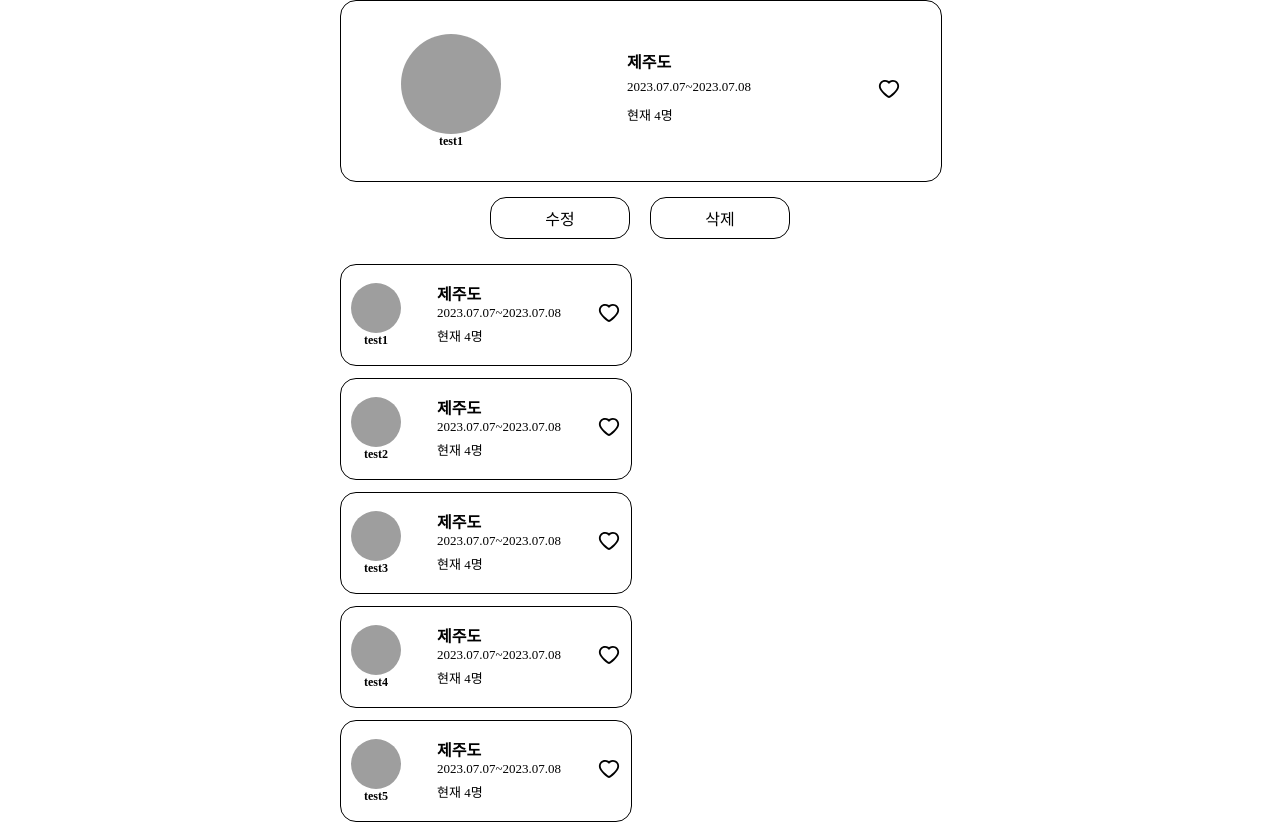
Repository: the-graces/matrip-web
Page: /tripSchedule (app in matrip/)
An editor plug-in stored every save of this project. The page is shown before and after a run of saves, followed by the edit.
The browser window is 1280 px wide. The pictures show the whole page.
Pictures or frames that could not be fetched are drawn as grey boxes. The project was rebuilt for these pictures with package versions that can differ from the ones it lists, and the page was loaded fresh each time. Also part of the build but not shown: matrip/src/pages/Main/mainStyle.tsx, matrip/src/pages/Main/Post.tsx, matrip/src/pages/Main/index.tsx, matrip/src/pages/FriendSearch/friendSearchStyle.tsx, matrip/src/data/userdata.ts, matrip/src/pages/FriendSearch/index.tsx, matrip/src/pages/ItineraryInfo/index.scss, matrip/src/pages/ItineraryInfo/itineraryInfoStyle.tsx and 4 more.

Above is the page before, as saved 2023-07-09 13:39:00.

### matrip/src/App.tsx
import React from "react";
import { BrowserRouter, Route, Routes } from "react-router-dom";
import Main from "./pages/Main";

import FriendSearch from "./pages/FriendSearch";
import ItineraryInfo from "./pages/ItineraryInfo";
import UserProfile from "./pages/UserProfile";

import GlobalFonts from "./styles/fonts";
import TripSchedule from "./pages/TripSchedule";

function App() {
   return (
      <BrowserRouter>
         <GlobalFonts />
         <Routes>
            <Route
               path="/"
               element={<Main />}
            />
            <Route
               path="/friendSearch"
               element={<FriendSearch />}
            />
            <Route
               path="/itineraryInfo"
               element={<ItineraryInfo />}
            />
            <Route
               path="/userProfile"
               element={<UserProfile />}
            />
            <Route
               path="/tripSchedule"
               element={<TripSchedule />}
            />
         </Routes>
      </BrowserRouter>
   );
}

export default App;

### matrip/src/styles/fonts/index.js
import { createGlobalStyle } from "styled-components";
import Prentendard from "./Pretendard-Regular.woff2";

export default createGlobalStyle`
@font-face {
    font-family: "Prentendard";
    src: url(${Prentendard}) fromat("woff2");
}`;

### matrip/src/pages/TripSchedule/index.tsx
import React from "react";
import "./index.scss";

import * as iss from "./TripScheduleStyle";
import * as gs from "../../styles/GlobalStyles";
import "./index.scss";
import { fdata } from "../../data/userdata";
import { postdata } from "../../data/postdata";
import { AiOutlineHeart } from "react-icons/ai";
import UserList from "./UserList";

const TripSchedule: React.FC = () => {
  const post = postdata[0];

  return (
    <gs.MainContainer>
      <iss.MainContainer>
        <iss.postBox key={post.id}>
          <iss.profileBox to={"/userProfile"}>
            <iss.profileImgBox>
              <iss.profileImg src={post.imgurl} alt="유저 프로필" />
            </iss.profileImgBox>
            <iss.Nickname>{post.nick}</iss.Nickname>
          </iss.profileBox>
          <iss.postContent to={"/itineraryInfo"}>
            <iss.postTitle>{post.destination}</iss.postTitle>
            <iss.postPeriod>
              {post.startDate}~{post.endData}
            </iss.postPeriod>
            <iss.postPeriod>현재 {post.personnel}명</iss.postPeriod>
          </iss.postContent>
          <div>
            <iss.LikeBtn>
              <AiOutlineHeart size="24" />
            </iss.LikeBtn>
          </div>
        </iss.postBox>

        <iss.TripSchedulePostButton>
          <iss.TripSchedulePostButtonL>수정</iss.TripSchedulePostButtonL>
          <iss.TripSchedulePostButtonR>삭제</iss.TripSchedulePostButtonR>
        </iss.TripSchedulePostButton>

        <UserList/>
      </iss.MainContainer>
    </gs.MainContainer>
  );
};

export default TripSchedule;

### matrip/src/styles/GlobalStyles.tsx
import { styled } from "styled-components";

// 전체 화면 컨테이너
export const MainContainer = styled.div`
   width: 100%;
   display: flex;
   justify-content: center;
   font-family: Pretendard;
`;

// 그 안에 들어갈 내용을 감싸는 컨테이너
export const MainBox = styled.div`
   max-width: 600px;
   width: 100%;
   display: flex;
   flex-direction: column;
   align-items: center;

   @media screen and (min-width: 600px) {
      width: 600px;
   }
`;

### matrip/src/pages/TripSchedule/TripScheduleStyle.tsx
import { Link } from "react-router-dom";
import { styled } from "styled-components";

export const MainContainer = styled.div`
  max-width: 600px;
  width: 100%;

  @media screen and (min-width: 600px) {
    width: 600px;
  }
`;

export const postBox = styled.div`
  width: 100%;
  height: 180px;
  display: flex;
  align-items: center;
  justify-content: space-between;
  border: solid #000 1px;
  border-radius: 16px;
`;

export const profileBox = styled(Link)`
  padding: 0 10px;
  display: flex;
  flex-direction: column;
  align-items: center;
  color: #000;
  text-decoration: none;
  margin-left: 50px;
`;
export const profileImgBox = styled.div`
  width: 100px;
  height: 100px;
`;

export const profileImg = styled.img`
  width: 100%;
  height: 100%;
  object-fit: cover;
  border-radius: 50%;
`;

export const Nickname = styled.h4`
  font-size: 12px;
  font-weight: 600;
  margin: 0;
`;

export const postContent = styled(Link)`
  color: #000;
  text-decoration: none;
`;

export const postTitle = styled.div`
  font-size: 16px;
  font-weight: 800;
  margin-bottom: 6px;
`;

export const postPeriod = styled.div`
  font-size: 13px;
  margin-bottom: 10px;
`;

export const LikeBtn = styled.button`
  border: none;
  background: none;
  cursor: pointer;
  padding: 0 10px;
  margin-right: 30px;
`;

export const TripSchedulePostButton = styled.div`
  width: 50%;
  display: flex;
  border-radius: 40px;
  margin: auto;
  margin-top: 15px;
  gap: 20px;
  margin-bottom: 25px;
`;

export const TripSchedulePostButtonL = styled.div`
  width: 100%;
  height: 40px;
  display: flex;
  align-items: center;
  justify-content: space-between;
  border: solid #000 1px;
  border-radius: 16px;
  justify-content: center;
`;

export const TripSchedulePostButtonR = styled.div`
  width: 100%;
  height: 40px;
  display: flex;
  align-items: center;
  justify-content: space-between;
  border: solid #000 1px;
  border-radius: 16px;
  justify-content: center;
`;

export const userList = styled.div`

`;

export const userListPostBox = styled.div`
  width: calc((100% - 20px) / 2);
  height: 100px;
  display: flex;
  align-items: center;
  justify-content: space-between;
  border: solid #000 1px;
  border-radius: 16px;
  margin-bottom: 12px;
`;

export const userListProfileBox = styled(Link)`
  padding: 0 10px;
  display: flex;
  flex-direction: column;
  align-items: center;
  color: #000;
  text-decoration: none;
`;

export const userListProfileImgBox = styled.div`
  width: 50px;
  height: 50px;
`;

export const userListProfileImg = styled.img`
  width: 100%;
  height: 100%;
  object-fit: cover;
  border-radius: 50%;
`;

export const userListNickname = styled.h4`
  font-size: 12px;
  font-weight: 600;
  margin: 0;
`;

export const userListPostContent = styled(Link)`
  color: #000;
  text-decoration: none;
`;

export const userListPostTitle = styled.div`
  font-size: 16px;
  font-weight: 800;
`;

export const userListPostPeriod = styled.div`
  font-size: 13px;
  margin-bottom: 5px;
`;

export const userListPLikeBtn = styled.button`
  border: none;
  background: none;
  cursor: pointer;
  padding: 0 10px;
`;

### matrip/src/data/postdata.ts
export const postdata = [
  {
    id: "1",
    nick: "test1",
    imgurl:
      "https://img2.daumcdn.net/thumb/R658x0.q70/?fname=https://t1.daumcdn.net/news/202302/21/spotvnews/20230221133133423kfxy.jpg",
    destination: "제주도",
    startDate: "2023.07.07",
    endData: "2023.07.08",
    personnel: 4,
  },
  {
    id: "2",
    nick: "test2",
    imgurl:
      "https://img2.daumcdn.net/thumb/R658x0.q70/?fname=https://t1.daumcdn.net/news/202302/21/spotvnews/20230221133133423kfxy.jpg",
    destination: "제주도",
    startDate: "2023.07.07",
    endData: "2023.07.08",
    personnel: 4,
  },
  {
    id: "3",
    nick: "test3",
    imgurl:
      "https://img2.daumcdn.net/thumb/R658x0.q70/?fname=https://t1.daumcdn.net/news/202302/21/spotvnews/20230221133133423kfxy.jpg",
    destination: "제주도",
    startDate: "2023.07.07",
    endData: "2023.07.08",
    personnel: 4,
  },
  {
    id: "4",
    nick: "test4",
    imgurl:
      "https://img2.daumcdn.net/thumb/R658x0.q70/?fname=https://t1.daumcdn.net/news/202302/21/spotvnews/20230221133133423kfxy.jpg",
    destination: "제주도",
    startDate: "2023.07.07",
    endData: "2023.07.08",
    personnel: 4,
  },
  {
    id: "5",
    nick: "test5",
    imgurl:
      "https://img2.daumcdn.net/thumb/R658x0.q70/?fname=https://t1.daumcdn.net/news/202302/21/spotvnews/20230221133133423kfxy.jpg",
    destination: "제주도",
    startDate: "2023.07.07",
    endData: "2023.07.08",
    personnel: 4,
  },
];

### matrip/src/pages/TripSchedule/UserList.tsx
import React from "react";
import "./index.scss";

import * as iss from "./TripScheduleStyle";
import "./index.scss";
import { fdata } from "../../data/userdata";
import { AiOutlineHeart } from "react-icons/ai";
import { postdata } from "../../data/postdata";

const UserList: React.FC = () => {
  return (
    <iss.userList>
      {postdata.map((post) => (
        <iss.userListPostBox key={post.id}>
          <iss.userListProfileBox to={"/userProfile"}>
            <iss.userListProfileImgBox>
              <iss.userListProfileImg src={post.imgurl} alt="유저 프로필" />
            </iss.userListProfileImgBox>
            <iss.userListNickname>{post.nick}</iss.userListNickname>
          </iss.userListProfileBox>
          <iss.userListPostContent to={"/itineraryInfo"}>
            <iss.userListPostTitle>{post.destination}</iss.userListPostTitle>
            <iss.userListPostPeriod>
              {post.startDate}~{post.endData}
            </iss.userListPostPeriod>
            <iss.userListPostPeriod>현재 {post.personnel}명</iss.userListPostPeriod>
          </iss.userListPostContent>
          <div>
            <iss.userListPLikeBtn>
              <AiOutlineHeart size="24" />
            </iss.userListPLikeBtn>
          </div>
        </iss.userListPostBox>
      ))}
    </iss.userList>
  );
};

export default UserList;

Loaded but not shown: matrip/public/index.html (common file); matrip/src/index.tsx (common file); matrip/src/index.css (common file); matrip/src/reportWebVitals.ts (common file)

After the next 2 saves:
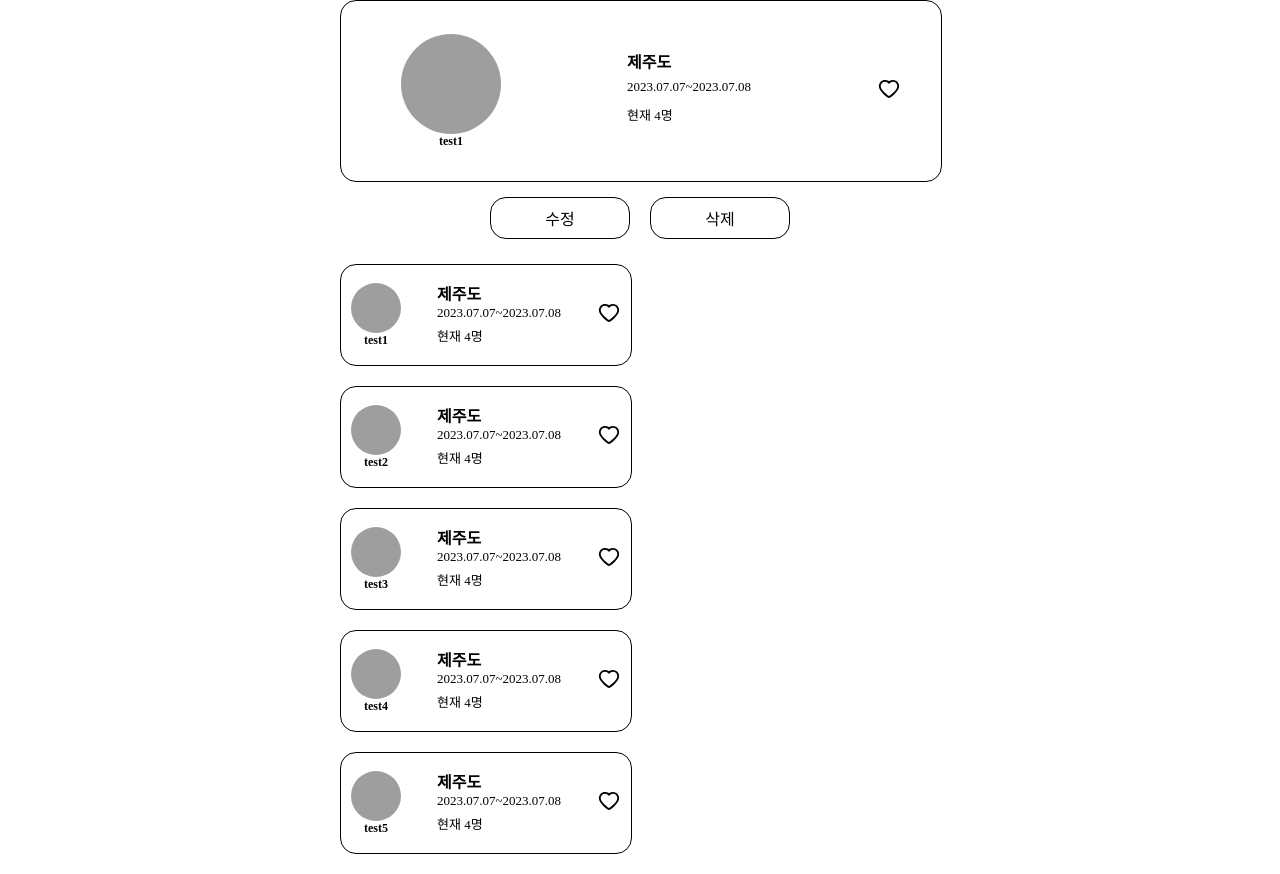
The 2 saves are shown as one change because they came seconds apart.
The last was saved 7 s later.
--- a/matrip/src/pages/TripSchedule/TripScheduleStyle.tsx
+++ b/matrip/src/pages/TripSchedule/TripScheduleStyle.tsx
@@ -115,7 +115,7 @@ export const userListPostBox = styled.div`
   justify-content: space-between;
   border: solid #000 1px;
   border-radius: 16px;
-  margin-bottom: 12px;
+  margin-bottom: 20px;
 `;
 
 export const userListProfileBox = styled(Link)`
